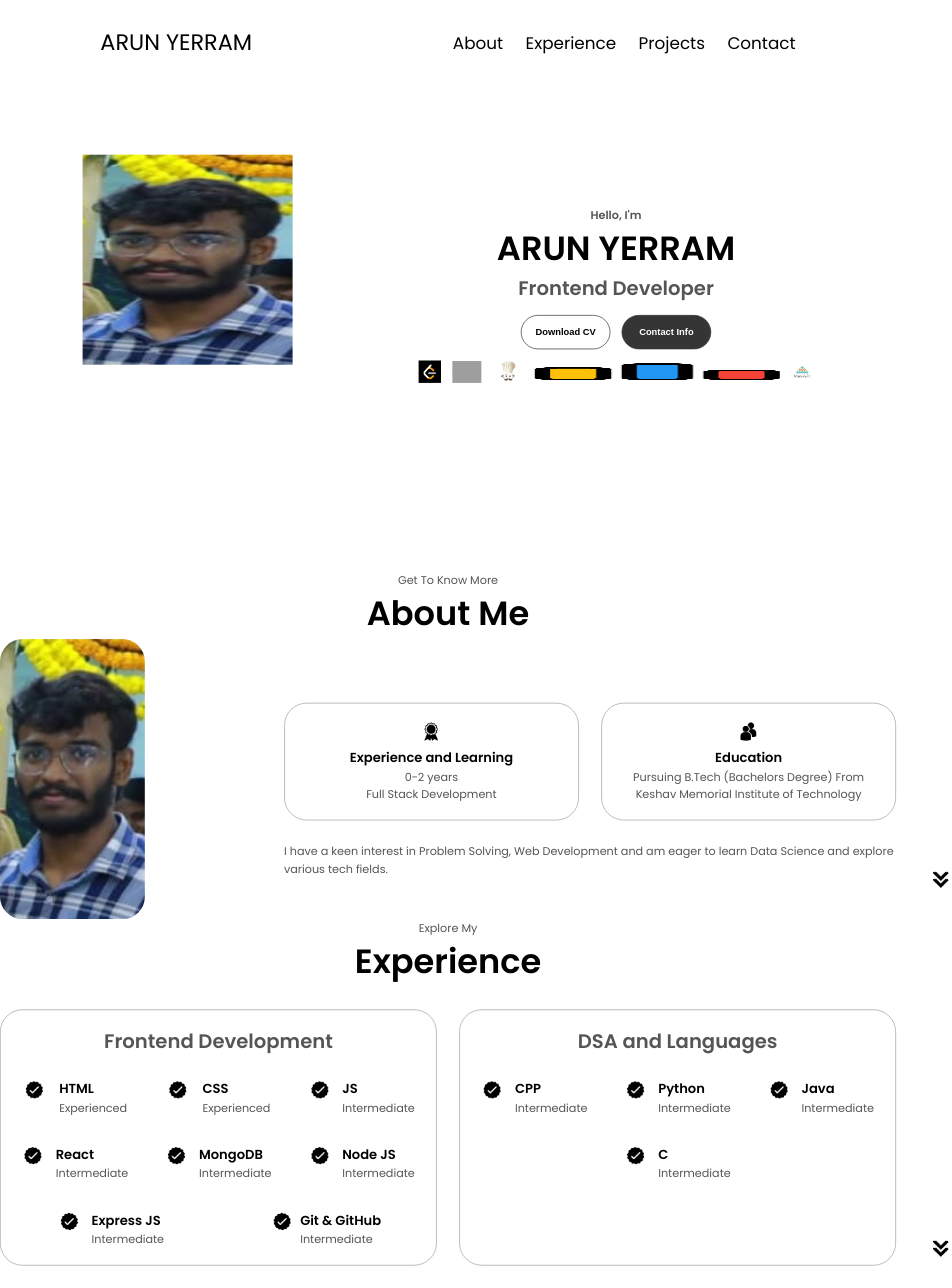
Repository: ARUN-YERRAM/ARUN-YERRAM-PORTFOLIO
Page: portfolio/index.html
These files come from the project's save history. The page is drawn as it stood at one moment and after a run of saves; the edit follows.
The browser window is 1280 px wide. The page is 1360 px wide, so the pictures cover 1360 px, including what lies to the right of the window. The pictures show the part of the page from y = 0 to 1840 px (the page is 3129 px tall), at 70% of full size.
Pictures or frames that could not be fetched are drawn as grey boxes.

Above is the page before, as saved 2024-07-07 04:42:20.

### portfolio/index.html
<!DOCTYPE html>
<html lang="en">
<head>
  <meta charset="UTF-8" />
  <meta http-equiv="X-UA-Compatible" content="IE=edge" />
  <meta name="viewport" content="width=device-width, initial-scale=1.0" />
  <title>My Portfolio</title>
  <link rel="stylesheet" href="style.css" />
  <link rel="stylesheet" href="mediaqueries.css" />
</head>
<body>
  <nav id="desktop-nav">
    <div class="logo">ARUN YERRAM</div>
    <div>
      <ul class="nav-links">
        <li><a href="#about">About</a></li>
        <li><a href="#experience">Experience</a></li>
        <li><a href="#projects">Projects</a></li>
        <li><a href="#contact">Contact</a></li>
      </ul>
    </div>
  </nav>
  <nav id="hamburger-nav">
    <div class="logo">ARUN YERRAM</div>
    <div class="hamburger-menu">
      <div class="hamburger-icon" onclick="toggleMenu()">
        <span></span>
        <span></span>
        <span></span>
      </div>
      <div class="menu-links">
        <li><a href="#about" onclick="toggleMenu()">About</a></li>
        <li><a href="#experience" onclick="toggleMenu()">Experience</a></li>
        <li><a href="#projects" onclick="toggleMenu()">Projects</a></li>
        <li><a href="#contact" onclick="toggleMenu()">Contact</a></li>
      </div>
    </div>
  </nav>
  <section id="profile">
    <div class="section__pic-container">
      <img src="./assets/Photo1.jpg" alt="John Doe profile picture" width="300px" height="300px" />
    </div>
    <div class="section__text">
      <p class="section__text__p1">Hello, I'm</p>
      <h1 class="title">ARUN YERRAM</h1>
      <p class="section__text__p2">Frontend Developer</p>
      <div class="btn-container">
        <button class="btn btn-color-2" onclick="window.open('./assets/My_Resume.pdf')">Download CV</button>
        <button class="btn btn-color-1" onclick="location.href='./#contact'">Contact Info</button>
      </div>
      <div id="socials-container">
        <img src="./assets/leetcode.png" alt="My Leetcode profile" class="icon" onclick="window.open('https://leetcode.com/u/arun_2005/', '_blank')" />
        <img src="./assets/GFG.jpeg" alt="My GFG profile" class="icon" onclick="window.open('https://www.geeksforgeeks.org/user/arunyerram/?utm_source=geeksforgeeks&utm_medium=my_profile&utm_campaign=auth_user', '_blank')" />
        <img src="./assets/CodeChef.jpeg" alt="My CodeChef profile" class="icon" onclick="window.open('https://www.codechef.com/users/yarun2k05', '_blank')" />
        <img src="./assets/Codeforces.png" alt="My CodeForces profile" class="icon" width="350px"onclick="window.open('https://codeforces.com/profile/Arunyerram_12', '_blank')" />
        <img src="./assets/IB.png" alt="My InterviewBit profile" class="icon" onclick="window.open('https://www.interviewbit.com/profile/yerram-arun/', '_blank')" />
      </div>
    </div>
  </section>
  <section id="about">
    <p class="section__text__p1">Get To Know More</p>
    <h1 class="title">About Me</h1>
    <div class="section-container">
      <div class="section__pic-container">
        <img src="./assets/Photo1.jpg" alt="Profile picture" class="about-pic" />
      </div>
      <div class="about-details-container">
        <div class="about-containers">
          <div class="details-container">
            <img src="./assets/experience.png" alt="Experience icon" class="icon" />
            <h3>Experience and Learning</h3>
            <p>0-2 years <br />Full Stack Development</p>
          </div>
          <div class="details-container">
            <img src="./assets/education.png" alt="Education icon" class="icon" />
            <h3>Education</h3>
            <p>Pursuing B.Tech (Bachelors Degree) From Keshav Memorial Institute of Technology <br /></p>
          </div>
        </div>
        <div class="text-container">
          <p>I have a keen interest in Problem Solving, Web Development and am eager to learn Data Science and explore various tech fields.</p>
        </div>
      </div>
    </div>
    <img src="./assets/arrow.png" alt="Arrow icon" class="icon arrow" onclick="location.href='./#experience'" />
  </section>
  <section id="experience">
    <p class="section__text__p1">Explore My</p>
    <h1 class="title">Experience</h1>
    <div class="experience-details-container">
      <div class="about-containers">
        <div class="details-container">
          <h2 class="experience-sub-title">Frontend Development</h2>
          <div class="article-container">
            <article>
              <img src="./assets/checkmark.png" alt="Experience icon" class="icon" />
              <div>
                <h3>HTML</h3>
                <p>Experienced</p>
              </div>
            </article>

            <article>
              <img src="./assets/checkmark.png" alt="Experience icon" class="icon" />
              <div>
                <h3>CSS</h3>
                <p>Experienced</p>
              </div>
            </article>

            <article>
              <img src="./assets/checkmark.png" alt="Experience icon" class="icon" />
              <div>
                <h3>JS</h3>
                <p>Intermediate</p>
              </div>
            </article>

            <article>
              <img src="./assets/checkmark.png" alt="Experience icon" class="icon" />
              <div>
                <h3>React</h3>
                <p>Intermediate</p>
              </div>
            </article>

            <article>
              <img src="./assets/checkmark.png" alt="Experience icon" class="icon" />
              <div>
                <h3>MongoDB</h3>
                <p>Intermediate</p>
              </div>
            </article>

            <article>
              <img src="./assets/checkmark.png" alt="Experience icon" class="icon" />
              <div>
                <h3>Node JS</h3>
                <p>Intermediate</p>
              </div>
            </article>

            <article>
              <img src="./assets/checkmark.png" alt="Experience icon" class="icon" />
              <div>
                <h3>Express JS</h3>
                <p>Intermediate</p>
              </div>
            </article>

            <article>
              <img src="./assets/checkmark.png" alt="Experience icon" class="icon" />
              <div>
                <h3>Git & GitHub</h3>
                <p>Intermediate</p>
              </div>
            </article>

          </div>
        </div>
        <div class="details-container">
          <h2 class="experience-sub-title">DSA and Languages</h2>
          <div class="article-container">
            <article>
              <img src="./assets/checkmark.png" alt="Experience icon" class="icon" />
              <div>
                <h3>CPP</h3>
                <p>Intermediate</p>
              </div>
            </article>
            <article>
              <img src="./assets/checkmark.png" alt="Experience icon" class="icon" />
              <div>
                <h3>Python</h3>
                <p>Intermediate</p>
              </div>
            </article>

            <article>
              <img src="./assets/checkmark.png" alt="Experience icon" class="icon" />
              <div>
                <h3>Java</h3>
                <p>Intermediate</p>
              </div>
            </article>

            <article>
              <img src="./assets/checkmark.png" alt="Experience icon" class="icon" />
              <div>
                <h3>C</h3>
                <p>Intermediate</p>
              </div>
            </article>
          </div>
        </div>
      </div>
    </div>
    <img src="./assets/arrow.png" alt="Arrow icon" class="icon arrow" onclick="location.href='./#projects'" />
  </section>
  <section id="projects">
    <p class="section__text__p1">Browse My Recent</p>
    <h1 class="title">Projects</h1>
    <div class="experience-details-container">
      <div class="about-containers">
        <div class="details-container color-container">
          <div class="article-container">
            <img src="./assets/P1.png" alt="Project 1" class="project-img" />
          </div>
          <h2 class="experience-sub-title project-title">NYAAYSAHAAYAK</h2>
          <div class="btn-container">
            <button class="btn btn-color-2 project-btn" onclick="location.href='https://github.com/ARUN-YERRAM/NYAAYSAHAAYAK'">GitHub</button>
            <button class="btn btn-color-2 project-btn" onclick="location.href=''">Live Demo</button>
          </div>
        </div>
        <div class="details-container color-container">
          <div class="article-container">
            <img src="./assets/project-2.png" alt="Project 2" class="project-img" />
          </div>
          <h2 class="experience-sub-title project-title">LecturesCheck</h2>
          <div class="btn-container">
            <button class="btn btn-color-2 project-btn" onclick="location.href='https://github.com/ARUN-YERRAM/LecturesCheck'">GitHub</button>
            <button class="btn btn-color-2 project-btn" onclick="location.href=''">Live Demo</button>
          </div>
        </div>
      </div>
    </div>
    <img src="./assets/arrow.png" alt="Arrow icon" class="icon arrow" onclick="location.href='./#contact'" />
  </section>
  <section id="contact">
    <p class="section__text__p1">Get in Touch</p>
    <h1 class="title">Contact Me</h1>
    <div class="contact-info-upper-container">
      <div class="contact-info-container">
        <img src="./assets/email.png" alt="Email icon" class="icon contact-icon email-icon" />
        <p><a href="mailto:arunyerram12022005@gmail.com">arunyerram12022005@gmail.com</a></p>
      </div>
      <div class="contact-info-container">
        <img src="./assets/linkedin.png" alt="LinkedIn icon" class="icon contact-icon" />
        <p><a href="https://www.linkedin.com/in/arun-yerram/">LinkedIn</a></p>
      </div>
    </div>
  </section>
  <footer>
    <nav>
      <div class="nav-links-container">
        <ul class="nav-links">
          <li><a href="#about">About</a></li>
          <li><a href="#experience">Experience</a></li>
          <li><a href="#projects">Projects</a></li>
          <li><a href="#contact">Contact</a></li>
        </ul>
      </div>
    </nav>
    <p>Copyright &#169; 2024 Arun Yerram. All Rights Reserved.</p>
  </footer>
  <script src="script.js"></script>
</body>
</html>

### portfolio/style.css
/* GENERAL */

@import url("https://fonts.googleapis.com/css2?family=Poppins:wght@300;400;500;600&display=swap");

* {
  margin: 0;
  padding: 0;
}

body {
  font-family: "Poppins", sans-serif;
}

html {
  scroll-behavior: smooth;
}

p {
  color: rgb(85, 85, 85);
}

/* TRANSITION */

a,
.btn {
  transition: all 300ms ease;
}


/* DESKTOP NAV */

nav,
.nav-links {
  display: flex;
}

nav {
  justify-content: space-around;
  align-items: center;
  height: 17vh;
}

.nav-links {
  gap: 2rem;
  list-style: none;
  font-size: 1.5rem;
}

a {
  color: black;
  text-decoration: none;
  text-decoration-color: white;
}

a:hover {
  color: grey;
  text-decoration: underline;
  text-underline-offset: 1rem;
  text-decoration-color: rgb(181, 181, 181);
}

.logo {
  font-size: 2rem;
}

.logo:hover {
  cursor: default;
}

/* HAMBURGER MENU */

#hamburger-nav {
  display: none;
}

.hamburger-menu {
  position: relative;
  display: inline-block;
}

.hamburger-icon {
  display: flex;
  flex-direction: column;
  justify-content: space-between;
  height: 24px;
  width: 30px;
  cursor: pointer;
}

.hamburger-icon span {
  width: 100%;
  height: 2px;
  background-color: black;
  transition: all 0.3 ease-in-out;
}

.menu-links {
  position: absolute;
  top: 100%;
  right: 0;
  background-color: white;
  width: fit-content;
  max-height: 0;
  overflow: hidden;
  transition: all 0.3 ease-in-out;
}

.menu-links a {
  display: block;
  padding: 10px;
  text-align: center;
  font-size: 1.5rem;
  color: black;
  text-decoration: none;
  transition: all 0.3 ease-in-out;
}

.menu-links li {
  list-style: none;
}

.menu-links.open {
  max-height: 300px;
}

.hamburger-icon.open span:first-child {
  transform: rotate(45deg) translate(10px, 5px);
}

.hamburger-icon.open span:nth-child(2) {
  opacity: 0;
}

.hamburger-icon.open span:last-child {
  transform: rotate(-45deg) translate(10px, -5px);
}

.hamburger-icon span:first-child {
  transform: none;
}

.hamburger-icon span:first-child {
  opacity: 1;
}

.hamburger-icon span:first-child {
  transform: none;
}


'.icon {
  width: 40px;
  height: 40px;
  margin: 0 10px;
  cursor: pointer;
}

#socials-container {
  display: flex;
  align-items: center;
  justify-content: center;
  margin-top: 20px;
}
'

/* SECTIONS */

section {
  padding-top: 4vh;
  height: 96vh;
  margin: 0 10rem;
  box-sizing: border-box;
  min-height: fit-content;
}

.section-container {
  display: flex;
}

/* PROFILE SECTION */

#profile {
  display: flex;
  justify-content: center;
  gap: 5rem;
  height: 80vh;
}

.section__pic-container {
  display: flex;
  height: 400px;
  width: 400px;
  margin: auto 0;
}

.section__text {
  align-self: center;
  text-align: center;
}

.section__text p {
  font-weight: 600;
}

.section__text__p1 {
  text-align: center;
}

.section__text__p2 {
  font-size: 1.75rem;
  margin-bottom: 1rem;
}

.title {
  font-size: 3rem;
  text-align: center;
}

#socials-container {
  display: flex;
  justify-content: center;
  margin-top: 1rem;
  gap: 1rem;
}

/* ICONS */

.icon {
  cursor: pointer;
  height: 2rem;
}

/* BUTTONS */

.btn-container {
  display: flex;
  justify-content: center;
  gap: 1rem;
}

.btn {
  font-weight: 600;
  transition: all 300ms ease;
  padding: 1rem;
  width: 8rem;
  border-radius: 2rem;
}

.btn-color-1,
.btn-color-2 {
  border: rgb(53, 53, 53) 0.1rem solid;
}

.btn-color-1:hover,
.btn-color-2:hover {
  cursor: pointer;
}

.btn-color-1,
.btn-color-2:hover {
  background: rgb(53, 53, 53);
  color: white;
}

.btn-color-1:hover {
  background: rgb(0, 0, 0);
}

.btn-color-2 {
  background: none;
}

.btn-color-2:hover {
  border: rgb(255, 255, 255) 0.1rem solid;
}

.btn-container {
  gap: 1rem;
}

/* ABOUT SECTION */

#about {
  position: relative;
}

.about-containers {
  gap: 2rem;
  margin-bottom: 2rem;
  margin-top: 2rem;
}

.about-details-container {
  justify-content: center;
  flex-direction: column;
}

.about-containers,
.about-details-container {
  display: flex;
}

.about-pic {
  border-radius: 2rem;
}

.arrow {
  position: absolute;
  right: -5rem;
  bottom: 2.5rem;
}

.details-container {
  padding: 1.5rem;
  flex: 1;
  background: white;
  border-radius: 2rem;
  border: rgb(53, 53, 53) 0.1rem solid;
  border-color: rgb(163, 163, 163);
  text-align: center;
}

.section-container {
  gap: 4rem;
  height: 80%;
}

.section__pic-container {
  height: 400px;
  width: 400px;
  margin: auto 0;
}

/* EXPERIENCE SECTION */

#experience {
  position: relative;
}

.experience-sub-title {
  color: rgb(85, 85, 85);
  font-weight: 600;
  font-size: 1.75rem;
  margin-bottom: 2rem;
}

.experience-details-container {
  display: flex;
  justify-content: center;
  flex-direction: column;
}

.article-container {
  display: flex;
  text-align: initial;
  flex-wrap: wrap;
  flex-direction: row;
  gap: 2.5rem;
  justify-content: space-around;
}

article {
  display: flex;
  width: 10rem;
  justify-content: space-around;
  gap: 0.5rem;
}

article .icon {
  cursor: default;
}

/* PROJECTS SECTION */

#projects {
  position: relative;
}

.color-container {
  border-color: rgb(163, 163, 163);
  background: rgb(250, 250, 250);
}

.project-img {
  border-radius: 2rem;
  width: 90%;
  height: 90%;
}

.project-title {
  margin: 1rem;
  color: black;
}

.project-btn {
  color: black;
  border-color: rgb(163, 163, 163);
}

/* CONTACT */

#contact {
  display: flex;
  justify-content: center;
  flex-direction: column;
  height: 70vh;
}

.contact-info-upper-container {
  display: flex;
  justify-content: center;
  border-radius: 2rem;
  border: rgb(53, 53, 53) 0.1rem solid;
  border-color: rgb(163, 163, 163);
  background: (250, 250, 250);
  margin: 2rem auto;
  padding: 0.5rem;
}

.contact-info-container {
  display: flex;
  align-items: center;
  justify-content: center;
  gap: 0.5rem;
  margin: 1rem;
}

.contact-info-container p {
  font-size: larger;
}

.contact-icon {
  cursor: default;
}

.email-icon {
  height: 2.5rem;
}

/* FOOTER SECTION */

footer {
  height: 26vh;
  margin: 0 1rem;
}

footer p {
  text-align: center;
}

### portfolio/mediaqueries.css
@media screen and (max-width: 1400px) {
  #profile {
    height: 83vh;
    margin-bottom: 6rem;
  }
  .about-containers {
    flex-wrap: wrap;
  }
  #contact,
  #projects {
    height: fit-content;
  }
}

@media screen and (max-width: 1200px) {
  #desktop-nav {
    display: none;
  }
  #hamburger-nav {
    display: flex;
  }
  #experience,
  .experience-details-container {
    margin-top: 2rem;
  }
  #profile,
  .section-container {
    display: block;
  }
  .arrow {
    display: none;
  }
  section,
  .section-container {
    height: fit-content;
  }
  section {
    margin: 0 5%;
  }
  .section__pic-container {
    width: 275px;
    height: 275px;
    margin: 0 auto 2rem;
  }
  .about-containers {
    margin-top: 0;
  }
}

@media screen and (max-width: 600px) {
  #contact,
  footer {
    height: 40vh;
  }
  #profile {
    height: 83vh;
    margin-bottom: 0;
  }
  article {
    font-size: 1rem;
  }
  footer nav {
    height: fit-content;
    margin-bottom: 2rem;
  }
  .about-containers,
  .contact-info-upper-container,
  .btn-container {
    flex-wrap: wrap;
  }
  .contact-info-container {
    margin: 0;
  }
  .contact-info-container p,
  .nav-links li a {
    font-size: 1rem;
  }
  .experience-sub-title {
    font-size: 1.25rem;
  }
  .logo {
    font-size: 1.5rem;
  }
  .nav-links {
    flex-direction: column;
    gap: 0.5rem;
    text-align: center;
  }
  .section__pic-container {
    width: auto;
    height: 46vw;
    justify-content: center;
  }
  .section__text__p2 {
    font-size: 1.25rem;
  }
  .title {
    font-size: 2rem;
  }
  .text-container {
    text-align: justify;
  }
}

Loaded but not shown: portfolio/script.js (common file)

After the next 2 saves:
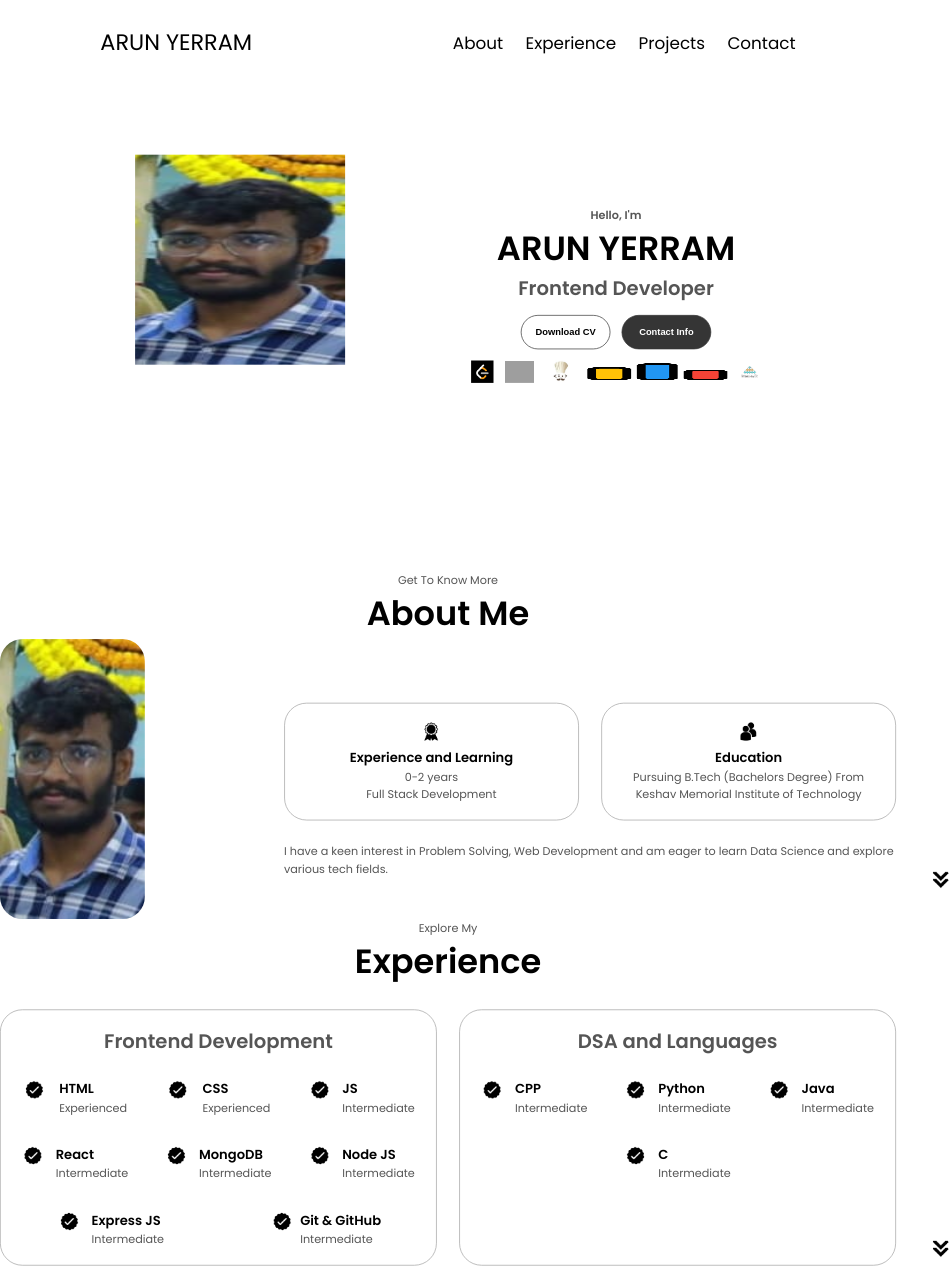
The 2 saves are shown as one change because they came seconds apart.
The last was saved 9 s later.
--- a/portfolio/index.html
+++ b/portfolio/index.html
@@ -52,7 +52,7 @@
         <img src="./assets/leetcode.png" alt="My Leetcode profile" class="icon" onclick="window.open('https://leetcode.com/u/arun_2005/', '_blank')" />
         <img src="./assets/GFG.jpeg" alt="My GFG profile" class="icon" onclick="window.open('https://www.geeksforgeeks.org/user/arunyerram/?utm_source=geeksforgeeks&utm_medium=my_profile&utm_campaign=auth_user', '_blank')" />
         <img src="./assets/CodeChef.jpeg" alt="My CodeChef profile" class="icon" onclick="window.open('https://www.codechef.com/users/yarun2k05', '_blank')" />
-        <img src="./assets/Codeforces.png" alt="My CodeForces profile" class="icon" width="350px"onclick="window.open('https://codeforces.com/profile/Arunyerram_12', '_blank')" />
+        <img src="./assets/Codeforces.png" alt="My CodeForces profile" class="icon" width="200px"onclick="window.open('https://codeforces.com/profile/Arunyerram_12', '_blank')" />
         <img src="./assets/IB.png" alt="My InterviewBit profile" class="icon" onclick="window.open('https://www.interviewbit.com/profile/yerram-arun/', '_blank')" />
       </div>
     </div>
